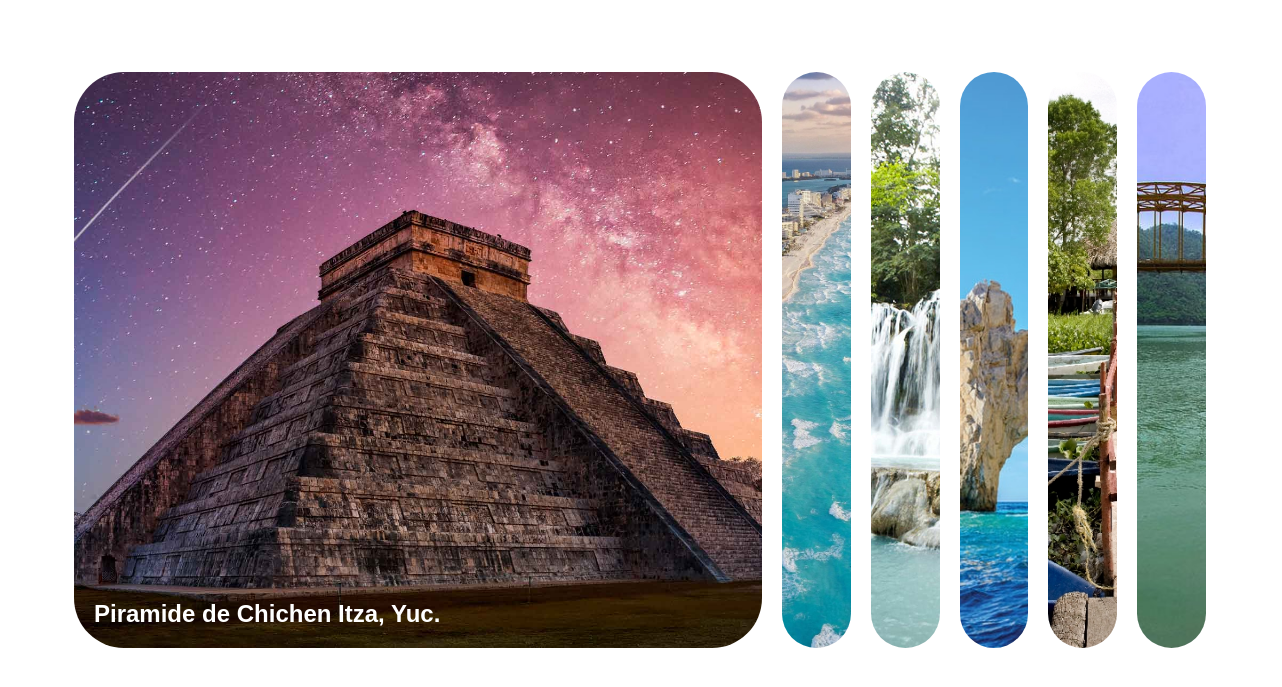
Repository: ElideZavala/Tarjetas-de-Imagenes
Page: index.html
These files come from the project's save history. The page is drawn as it stood at one moment and after the next save; the edit follows.
The browser window is 1280 px wide. The page is 1282 px wide, so the pictures cover 1282 px, including what lies to the right of the window. The pictures show the whole page.
Some web fonts or font styles are not loaded; a fallback is used.

Above is the page before, as saved 2021-05-27 10:34:45.

### index.html
<!DOCTYPE html>
<html lang="es">
<head>
	<meta charset="UTF-8">
	<meta http-equiv="X-UA-Compatible" content="IE=edge">
	<meta name="viewport" content="width=device-width, initial-scale=1.0">
	<!-- <link rel="stylesheet" href="https://cdnjs.cloudflare.com/ajax/libs/font-awesome/5.15.3/css/all.min.css" integrity="sha512-iBBXm8fW90+nuLcSKlbmrPcLa0OT92xO1BIsZ+ywDWZCvqsWgccV3gFoRBv0z+8dLJgyAHIhR35VZc2oM/gI1w==" crossorigin="anonymous" referrerpolicy="no-referrer" /> -->
	<title>Fotos e Imagenes</title>
	<link rel="stylesheet" href="normalize.css">
	<link rel="stylesheet" href="./style.css">
</head>
<body>
	<div class="container">
		<div class="panel active" style="background-image: url(./assets/imagenes/piramide\ maya.jpg);">
			<h3>Piramide de Chichen Itza, Yuc.  </h3>
		</div>
		<div class="panel" style="background-image: url(./assets/imagenes/cancun.jpg);">
			<h3>Cancun, QR.</h3>
		</div>
		<div class="panel" style="background-image: url(./assets/imagenes/cascadas-de-agua-blanca.jpg);">
			<h3>cascadas de agua blanca</h3>
		</div>
		<div class="panel" style="background-image: url(./assets/imagenes/los-cabos.jpg);">
			<h3>Los cabos, BC.</h3>
		</div>
		<div class="panel" style="background-image: url(./assets/imagenes/TabascoHome3_960x651.jpg);">
			<h3>Pantanos de centla, Tab.</h3>
		</div>
		<div class="panel" style="background-image: url(./assets/imagenes/750b9860b1989270fb537fbceb1adcf2.jpg);">
			<h3>Tenosique, Tab.</h3>
		</div>

	</div>

	<script src="script.js"></script>
</body>
</html>

### style.css
@import url('https://fonts.googleapis.com/css?family=Muli&display=swap');

* {
	box-sizing: border-box;
}

body {
	font-family: 'Muli', sans-serif;
	display: flex;
	flex-direction: column;
	align-items: center;
	justify-content: center;
	height: 100vh;
	overflow: hidden;
	margin: 0;
}

.container {
	display: flex;
	width: 90vw;
}

.panel {
	background-size: cover;
	background-position: center;
	background-repeat: no-repeat;
	height: 80vh;
	border-radius: 50px;
	color: #fff;
	cursor: pointer;
	flex: 0.5;
	margin: 10px;
	position: relative;
	transition: flex 0.7s ease-in;
}

.panel h3 {
	font-size: 24px;
	position: absolute;
	bottom: 20px;
	left: 20px;
	margin: 0;
	opacity: 0;
}

.panel.active {
	flex: 5;
}

.panel.active h3 {
	opacity: 1;
	transition: opacity 0.3s ease-in 0.4s;
}

@media (max-width: 480px) {
	.container {
		width: 100vw;
	}

	.panel:nth-of-type(4),
	.panel:nth-of-type(5),
	.panel:nth-of-type(6) {
		display: none;
	}
}

### script.js
const panels = document.querySelectorAll('.panel');

panels.forEach(panel => {
	panel.addEventListener('click', () => {
		removeActiveClasses();
		panel.classList.add('active');
	});
});

function removeActiveClasses() {
	panels.forEach(panel => {
		panel.classList.remove('active');
	})
}

Loaded but not shown: normalize.css (library)

After the next save:
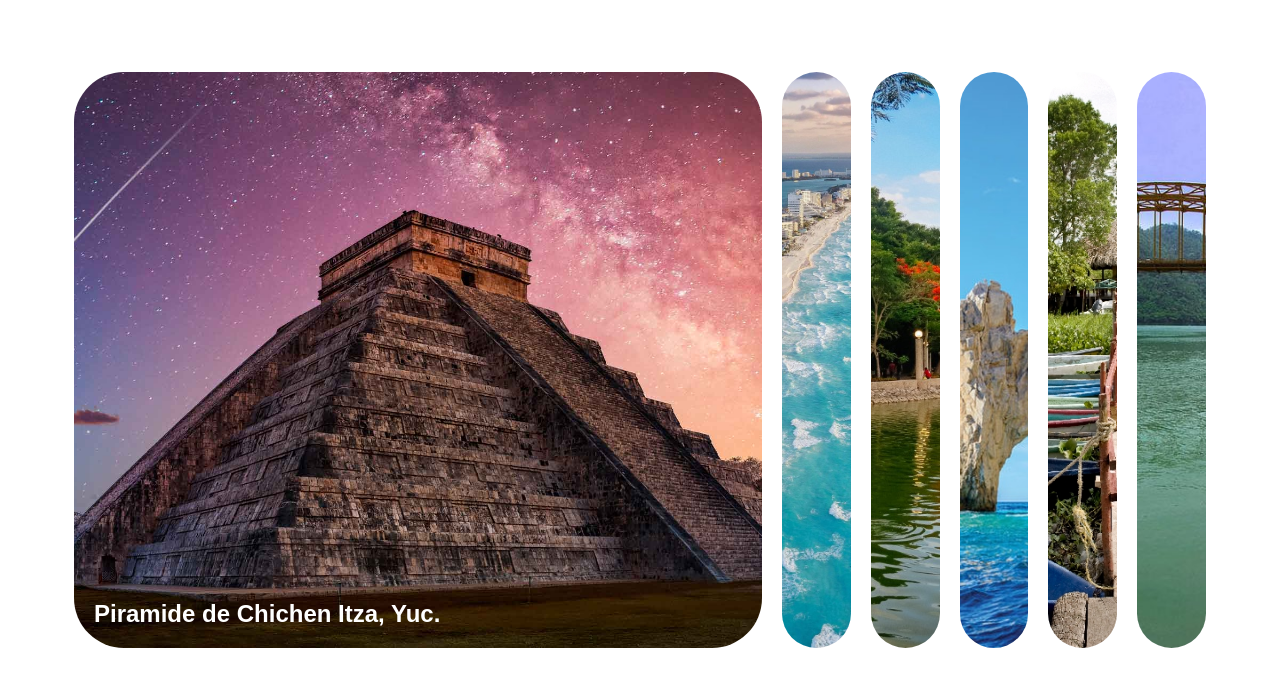
Saved 11 min 20 s later.
--- a/index.html
+++ b/index.html
@@ -17,8 +17,8 @@
 		<div class="panel" style="background-image: url(./assets/imagenes/cancun.jpg);">
 			<h3>Cancun, QR.</h3>
 		</div>
-		<div class="panel" style="background-image: url(./assets/imagenes/cascadas-de-agua-blanca.jpg);">
-			<h3>cascadas de agua blanca</h3>
+		<div class="panel" style="background-image: url(./assets/imagenes/Villahermosa.jpg);">
+			<h3>Villahermosa, Tab.</h3>
 		</div>
 		<div class="panel" style="background-image: url(./assets/imagenes/los-cabos.jpg);">
 			<h3>Los cabos, BC.</h3>
